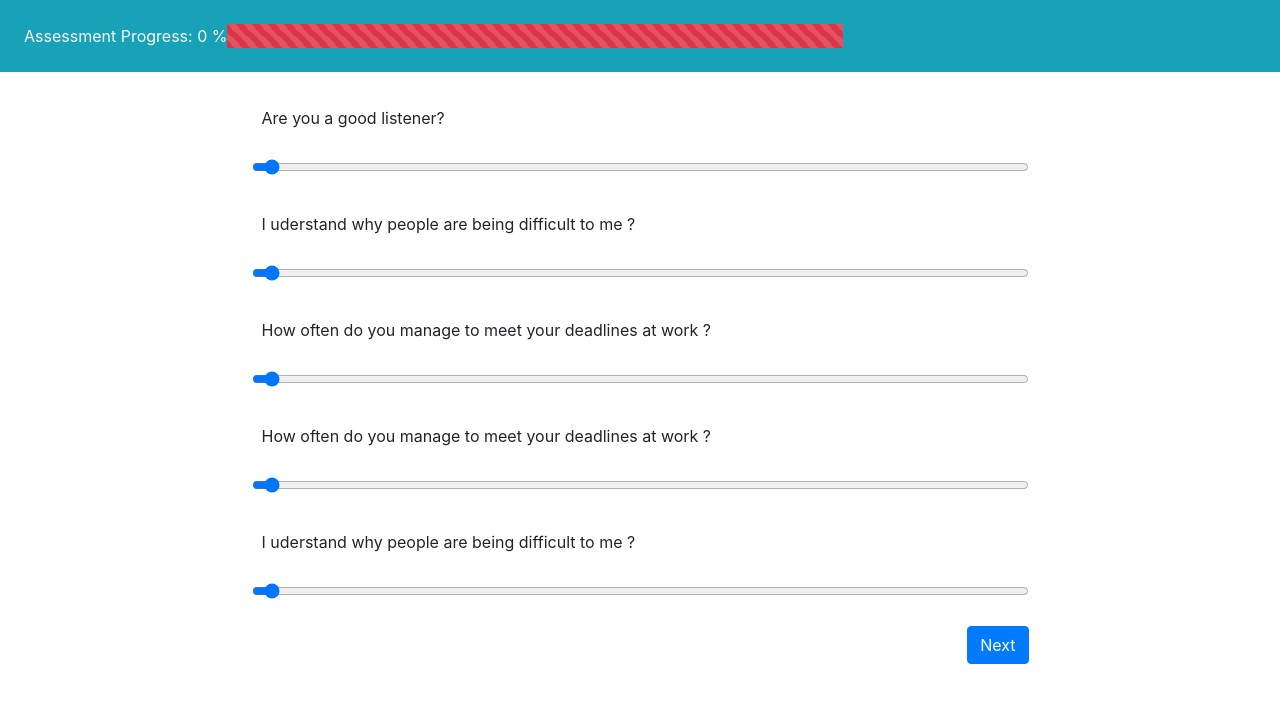
Repository: krushna2/dimentrix_tech
Page: /
These files come from the project's save history. The page is drawn as it stood at one moment and after the next save; the edit follows.
The browser window is 1280 px wide. The pictures show the whole page.
The project was rebuilt for these pictures with package versions that can differ from the ones it lists, and the page was loaded fresh each time. Also part of the build but not shown: src/components/SecondPageComponent.js, src/components/ThirdPageComponent.js.

Above is the page before, as saved 2020-09-28 15:52:02.

After the next save:
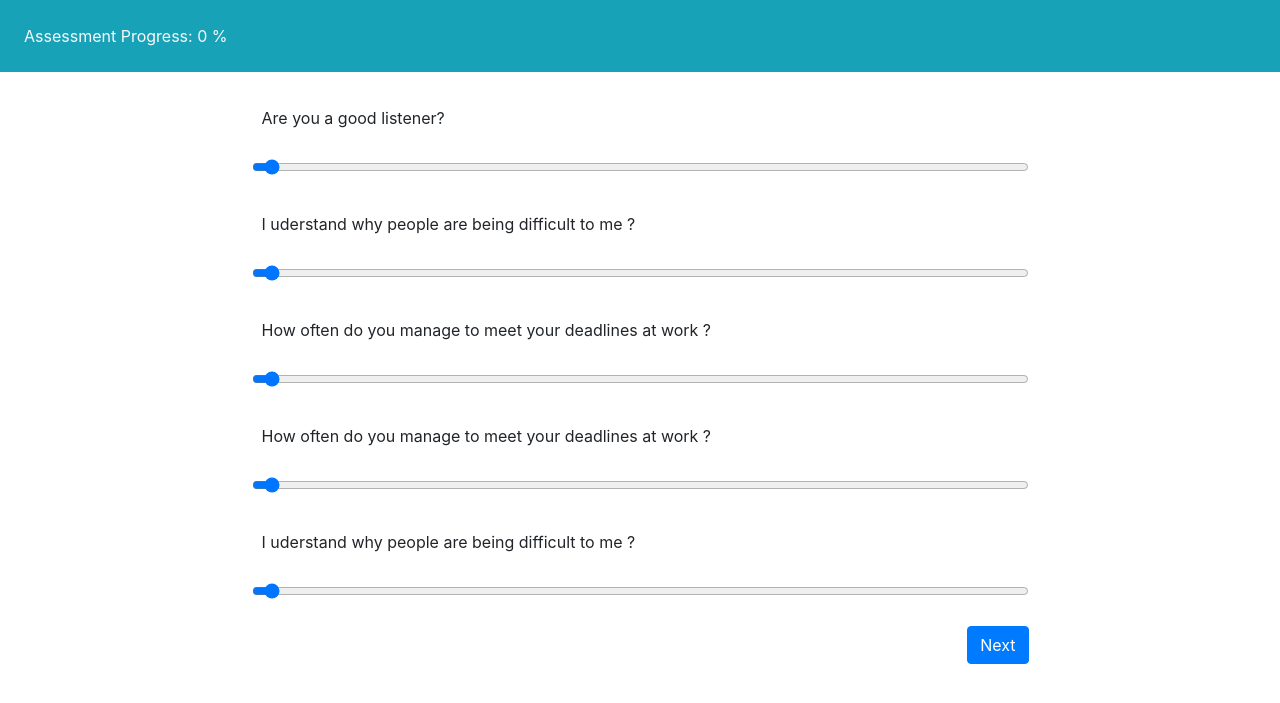
Saved 19 s later.
--- a/src/components/HeaderComponent.js
+++ b/src/components/HeaderComponent.js
@@ -17,21 +17,20 @@
 
     return (
 
-
         <
         div className = "fluid-container mb-4 " >
         <
         Nav dark className = "text-light bg-info p-4" >
         <
         div > Assessment Progress: { percentage } % < /div>        <
-        Progress bar animated className = "col-sm-6"
+        Progress bar animated className = "col-sm-12"
         color = { colour(percentage) }
         value = { percentage }
         min = "0"
         max = "100" / >
         <
-        /Nav> < /
-        div >
+        /Nav> <
+        /div>
 
     )
 }
